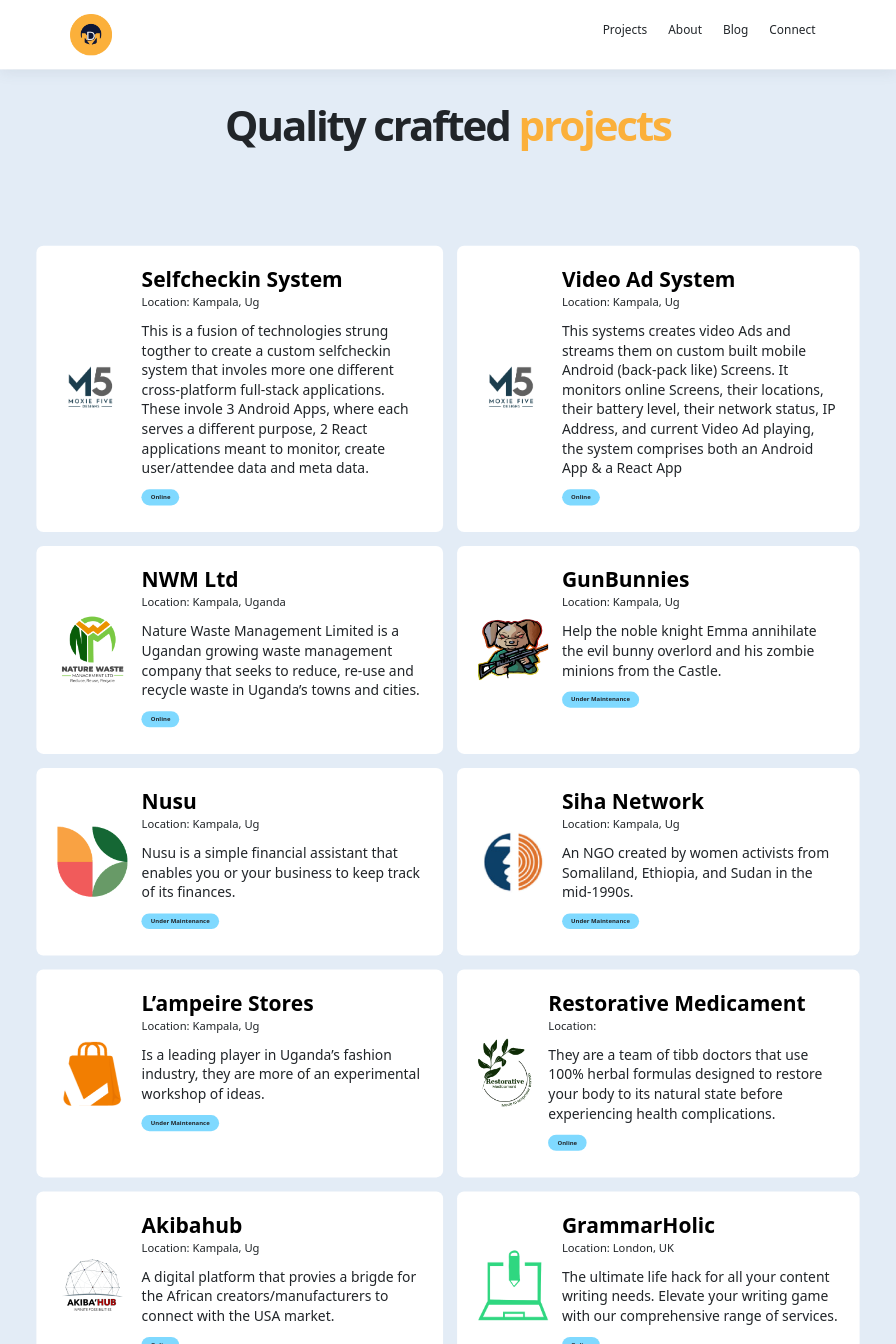
Repository: kaizoku010/firebrand
Page: /apps
The author's editor kept a copy of each file at every save. The page is drawn from the files as they stood at one save, then again after the next save.
The browser window is 1280 px wide. The pictures show the part of the page from y = 0 to 1920 px (the page is 3520 px tall before and 3496 px after), at 70% of full size.
The project was rebuilt for these pictures with package versions that can differ from the ones it lists, and the page was loaded fresh each time. Also part of the build but not shown: vite.config.js, src/update/homescreen.css, src/update/homescreen.js, src/update/blog.css, src/update/blog.js, src/update/connect.css, src/update/connect.js. Imported but missing from the stored project, and not drawn on this page: src/update/about.js.

Above is the page before, as saved 2024-05-27 13:24:17.

After the next save:
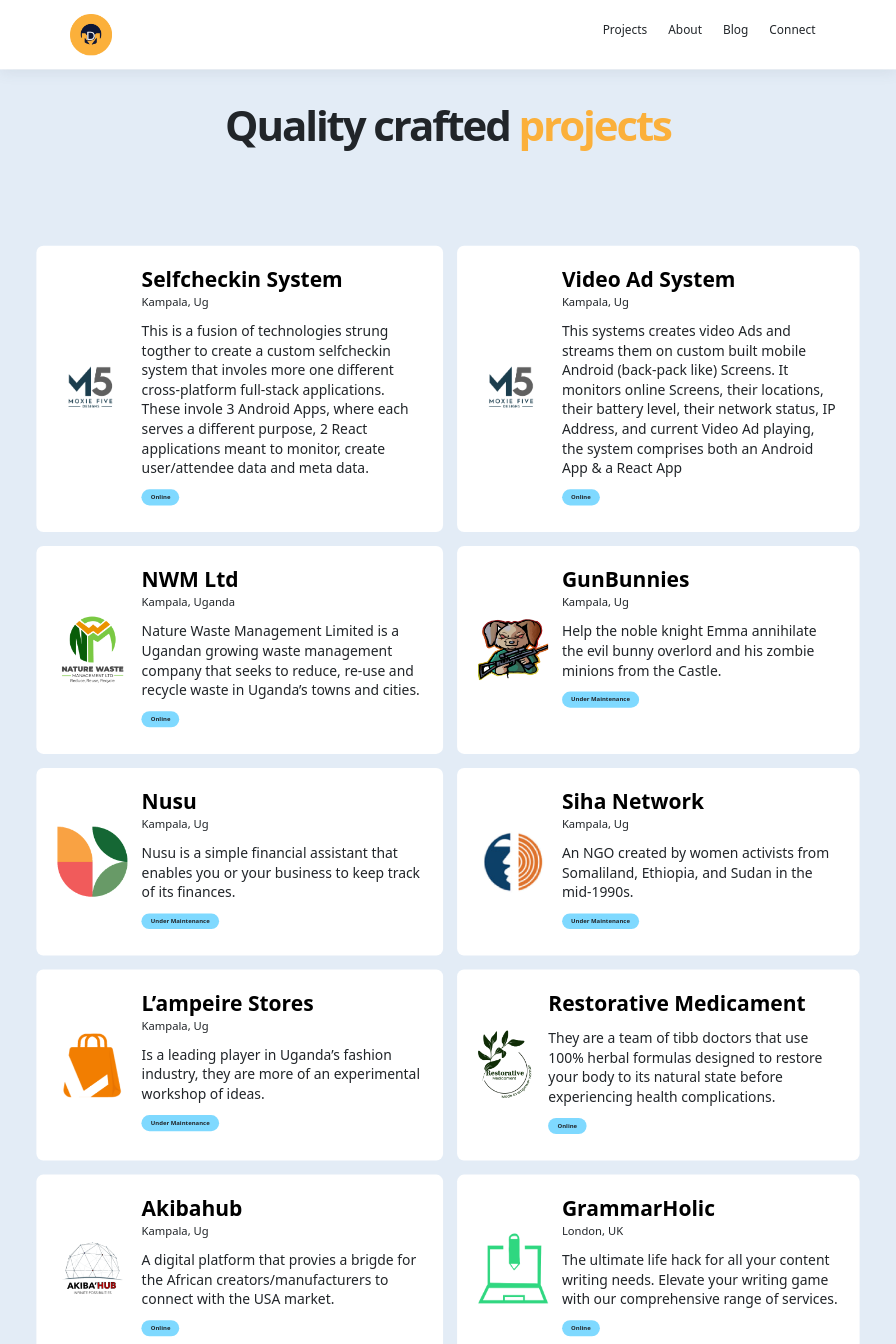
Saved 16 s later.
--- a/src/update/appsPage.js
+++ b/src/update/appsPage.js
@@ -29,7 +29,7 @@
                        <Link className='link-list' to={project.link} target="_blank">
                     <h1 className="site-title">{project.title}</h1>
                         </Link>
-                        <p>Location: {project.location}</p>
+                        <p>{project.location}</p>
                   <h2 className="site-desc">{project.desc}</h2>
                   <div className="chip-layout">
 
